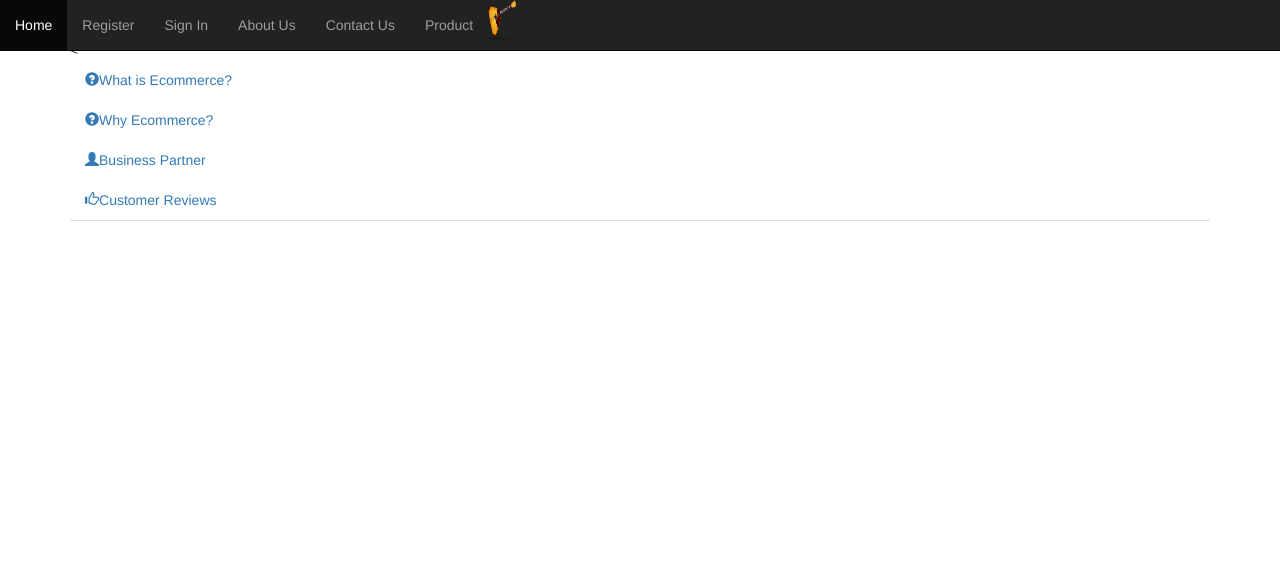
Repository: aradhana15/myFinalRepository
Page: http://localhost/music/WEB-INF/views/yecomm.jsp
An editor plug-in stored every save of this project. The page is shown before and after the next save, followed by the edit.
The browser window is 1280 px wide. The pictures show the whole page.
The page is served by Tomcat 9. Nobody is signed in. The template is opened directly, without the code that normally fills it, so the values that code supplies are empty.

Above is the page before, as saved 2016-04-23 13:05:14.
Console error (its wording comes from the project's code and is left out).

After the next save:
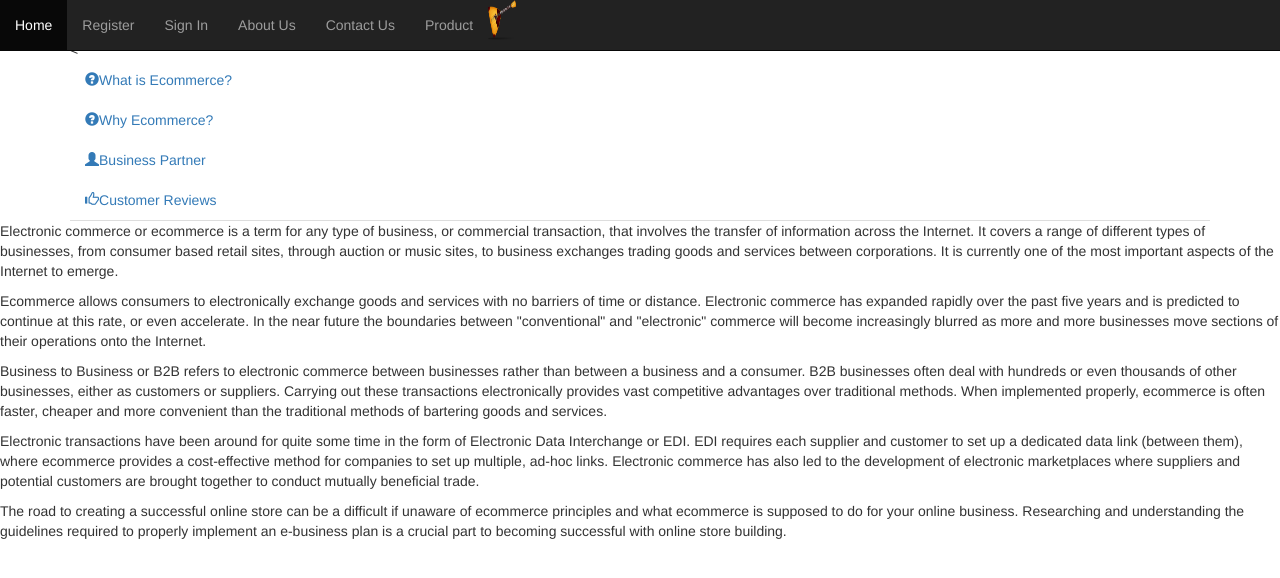
Saved 35 s later.
--- a/wwf/music/src/main/webapp/WEB-INF/views/yecomm.jsp
+++ b/wwf/music/src/main/webapp/WEB-INF/views/yecomm.jsp
@@ -2,5 +2,11 @@
 <%@include file="header.jsp" %>
    <head>
 	</head>
-
+<body>
+<p>Electronic commerce or ecommerce is a term for any type of business, or commercial transaction, that involves the transfer of information across the Internet. It covers a range of different types of businesses, from consumer based retail sites, through auction or music sites, to business exchanges trading goods and services between corporations. It is currently one of the most important aspects of the Internet to emerge.</p>
+<p>Ecommerce allows consumers to electronically exchange goods and services with no barriers of time or distance. Electronic commerce has expanded rapidly over the past five years and is predicted to continue at this rate, or even accelerate. In the near future the boundaries between "conventional" and "electronic" commerce will become increasingly blurred as more and more businesses move sections of their operations onto the Internet.</p>
+<p>Business to Business or B2B refers to electronic commerce between businesses rather than between a business and a consumer. B2B businesses often deal with hundreds or even thousands of other businesses, either as customers or suppliers. Carrying out these transactions electronically provides vast competitive advantages over traditional methods. When implemented properly, ecommerce is often faster, cheaper and more convenient than the traditional methods of bartering goods and services.</p>
+<p>Electronic transactions have been around for quite some time in the form of Electronic Data Interchange or EDI. EDI requires each supplier and customer to set up a dedicated data link (between them), where ecommerce provides a cost-effective method for companies to set up multiple, ad-hoc links. Electronic commerce has also led to the development of electronic marketplaces where suppliers and potential customers are brought together to conduct mutually beneficial trade.</p>
+<p>The road to creating a successful online store can be a difficult if unaware of ecommerce principles and what ecommerce is supposed to do for your online business. Researching and understanding the guidelines required to properly implement an e-business plan is a crucial part to becoming successful with online store building.</p>
+</body>
 </html>
